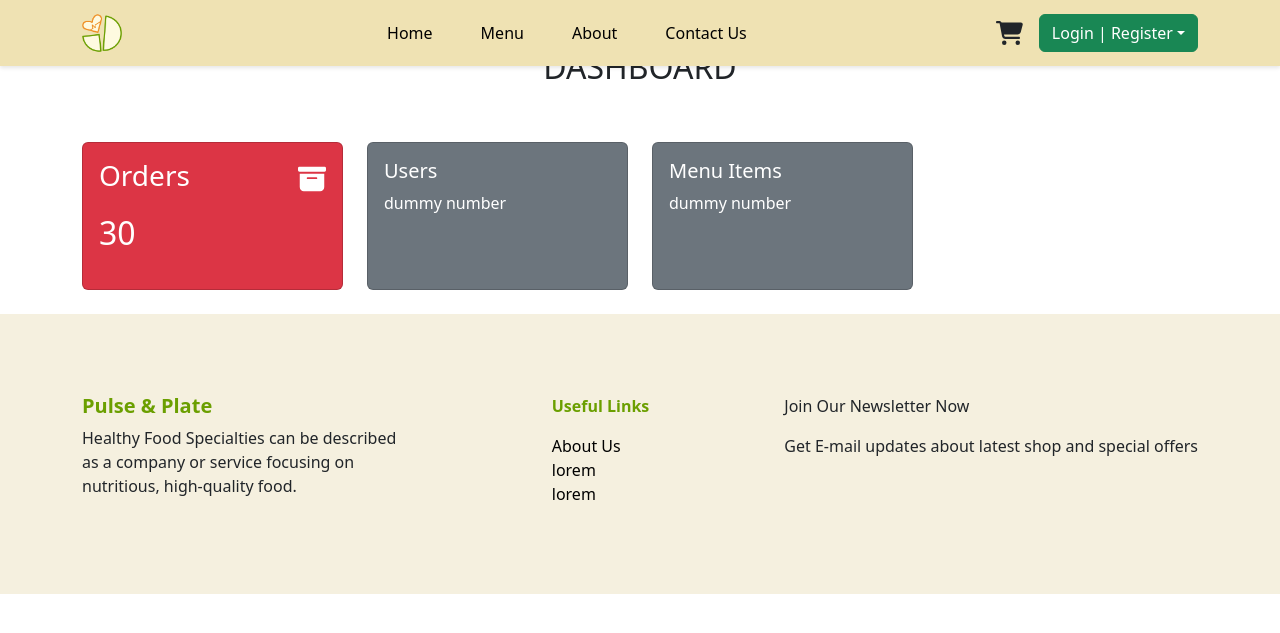
Repository: zeinawady/Pulse-and-Plate
Page: /dashboard
These files come from the project's save history. The page is drawn as it stood at one moment and after a run of saves; the edit follows.
The browser window is 1280 px wide. The pictures show the whole page.
The project was rebuilt for these pictures with package versions that can differ from the ones it lists, and the page was loaded fresh each time. Also part of the build but not shown: src/components/Main/Main.css, src/components/Main/Main.js, src/components/Menu/MealCard.css, src/components/Menu/MealCard.js, src/components/Menu/Categories.css, src/components/Menu/Categories.js, src/components/Menu/Menu.css, src/components/Menu/Menu.js and 21 more.

Above is the page before, as saved 2025-05-15 18:54:27.

### public/index.html
<!DOCTYPE html>
<html lang="en">
  <head>
    <meta charset="utf-8" />
    <link rel="icon" href="%PUBLIC_URL%/images/logo-trans.png" />
    <meta name="viewport" content="width=device-width, initial-scale=1" />
    <meta name="theme-color" content="#000000" />
    <meta
      name="description"
      content="Web site created using create-react-app"
    />
    <link rel="apple-touch-icon" href="%PUBLIC_URL%/images/logo-trans.png" />
    <!--
      manifest.json provides metadata used when your web app is installed on a
      user's mobile device or desktop. See https://developers.google.com/web/fundamentals/web-app-manifest/
    -->
    <link rel="manifest" href="%PUBLIC_URL%/manifest.json" />
    <!--
      Notice the use of %PUBLIC_URL% in the tags above.
      It will be replaced with the URL of the `public` folder during the build.
      Only files inside the `public` folder can be referenced from the HTML.

      Unlike "/favicon.ico" or "favicon.ico", "%PUBLIC_URL%/favicon.ico" will
      work correctly both with client-side routing and a non-root public URL.
      Learn how to configure a non-root public URL by running `npm run build`.
    -->
    <title>Pulse And Plate</title>
  </head>
  <body>
    <noscript>You need to enable JavaScript to run this app.</noscript>
    <div id="root"></div>
    <!--
      This HTML file is a template.
      If you open it directly in the browser, you will see an empty page.

      You can add webfonts, meta tags, or analytics to this file.
      The build step will place the bundled scripts into the <body> tag.

      To begin the development, run `npm start` or `yarn start`.
      To create a production bundle, use `npm run build` or `yarn build`.
    -->
  </body>
</html>

### src/index.js
import React from 'react';
import ReactDOM from 'react-dom/client';
import './index.css';
import App from './App';
import reportWebVitals from './reportWebVitals';
import 'bootstrap/dist/css/bootstrap.min.css';
import '@fortawesome/fontawesome-free/css/all.min.css';
import 'bootstrap/dist/css/bootstrap.min.css';
import './fontAwesome';
import { BrowserRouter } from 'react-router-dom';

const root = ReactDOM.createRoot(document.getElementById('root'));
root.render(
  <React.StrictMode>
    <BrowserRouter>
      <App />
    </BrowserRouter>
  </React.StrictMode>
);

// If you want to start measuring performance in your app, pass a function
// to log results (for example: reportWebVitals(console.log))
// or send to an analytics endpoint. Learn more: https://bit.ly/CRA-vitals
reportWebVitals();

### src/App.js
import React from "react";
import "./App.css";
import Home from "./components/Home/Home";
import Footer from "./components/Footer/Footer";
import { Routes, Route } from "react-router-dom";

import Header from "./components/Header/Header";
import About from "./components/About/About";
import Menu from "./components/Menu/Menu";
import ContactUs from "./components/ContactUs/ContactUs";
import Login from "./components/Login/Login";
import SignUp from "./components/SignUp/SignUp";
import UserProfile from "./components/UserProfile/UserProfile";
import { UserProvider } from "./UserContext";
import ProductInfo from "./components/ProductInfo/ProductInfo";
import PaymentPage from "./components/PaymentPage/PaymentPage";
import AdminProfile from "./components/AdminProfile/AdminProfile";
import Dashboard from "./components/Dashboard/Dashboard";

function App() {
  return (
    <UserProvider>
      <div>
        <Header />
        <Routes>
          <Route path="/" element={<Home />} />
          <Route path="/home" element={<Home />} />
          <Route path="/about" element={<About />} />
          <Route path="/menu" element={<Menu />} />
          <Route path="/category" element={<Menu />} />
          <Route path="/login" element={<Login />} />
          <Route path="/register" element={<SignUp />} />
          <Route path="/userAccount" element={<UserProfile />} />
          <Route path="/contactus" element={<ContactUs />} />
          <Route path="/product-info" element={<ProductInfo />} />
          <Route path="/PaymentPage" element={<PaymentPage />} />
          <Route path="/admin-profile" element={<AdminProfile />} />
          <Route path="/dashboard" element={<Dashboard />} />
        </Routes>

        <Footer />
      </div>
    </UserProvider>
  );
}

export default App;

### src/fontAwesome.js
// src/fontAwesome.js
import { library } from '@fortawesome/fontawesome-svg-core';
import {
    faUser,
    faCartShopping,
    faHome,
    faEnvelope,
    faSearch,
    faConciergeBell,
     faPercent,
     faTruckFast,
     faCarrot,
    // Add any other icons you need here
} from '@fortawesome/free-solid-svg-icons';

// Add icons to the library
library.add(
    faUser,
    faCartShopping,
    faHome,
    faEnvelope,
    faSearch,
    faConciergeBell,
    faPercent,
    faTruckFast,
    faCarrot,

    // Add any other icons you need here
);

### src/App.css
@font-face {
  font-family: "Lato";
  src: url("../public/Fonts/Lato/Lato-Black.ttf") format("truetype");
}

:root {
  --primary-color: #6b9f00;
  --secondary-color: #ef9025;
  --light-color: hsl(47, 66%, 82%);
  --text-color: #000000;
  --font-family: "Lato", sans-serif;
  --sections-padding: 5rem;
}

body {
  margin: 0;
  padding: 0;
  border: none !important;
  outline: none !important;
  font-family: var(--font-family);
  font-weight: 500;
  -webkit-font-smoothing: antialiased;
  -moz-osx-font-smoothing: grayscale;
  background-color: #eee;

}
a{
  text-decoration: none;
}

### src/components/Footer/Footer.js
import "../../App";

import "./Footer.css";
import { Container } from "react-bootstrap";
import Button from "react-bootstrap/Button";
import { FontAwesomeIcon } from "@fortawesome/react-fontawesome";


export default function Footer() {
    return (
        <footer>
            <Container fluid="md">
            <div className="wrapper-footer">
                <div className="info">
                    <h5>Pulse & Plate</h5>
                    <p>Healthy Food Specialties can be described as a company or service focusing on nutritious, high-quality food. </p>
                </div>
                <div className="links">
                    <p >Useful Links</p>
                    <a href="#">About Us</a>
                    <a href="#">lorem</a>
                    <a href="#">lorem</a>
                </div>
                <div>
                    <p>Join Our Newsletter Now </p>
                    <p>Get E-mail updates about latest shop and special offers </p>
                </div>
            </div>
            </Container>
        </footer>
    );
}

### src/components/Header/Header.js
import React from 'react';
import './Header.css';
import '../../App';
import { Link, NavLink, useNavigate } from 'react-router-dom';
import { useUser } from "../../UserContext";

// React Bootstrap
import Container from 'react-bootstrap/Container';
import Nav from 'react-bootstrap/Nav';
import Navbar from 'react-bootstrap/Navbar';
import Dropdown from 'react-bootstrap/Dropdown';

// Font Awesome
import { FontAwesomeIcon } from '@fortawesome/react-fontawesome';
import { faCartShopping } from '@fortawesome/free-solid-svg-icons';

export default function Header() {
    const { user, setUser } = useUser();
    const navigate = useNavigate();

    const handleLogout = () => {
        navigate('/login');
        localStorage.removeItem("user");
        localStorage.removeItem("token");
        setUser(null);
    };

    return (
        <Navbar expand="md" className="fixed-top">
            <Container fluid="md">
                <Navbar.Brand as={Link} to="/home">
                    <img
                        src="/images/logo-trans.png"
                        width="40"
                        height="40"
                        className="d-inline-block align-top"
                        alt="React Bootstrap logo"
                    />
                </Navbar.Brand>

                <Navbar.Toggle aria-controls="basic-navbar-nav" />
                <Navbar.Collapse id="basic-navbar-nav">
                    <Nav className="me-auto ms-auto">
                        <Nav.Link as={NavLink} to="/home">Home</Nav.Link>
                        <Nav.Link as={NavLink} to="/menu">Menu</Nav.Link>
                        <Nav.Link as={NavLink} to="/about">About</Nav.Link>
                        <Nav.Link as={NavLink} to="/contactus">Contact Us</Nav.Link>
                    </Nav>

                    <div className="icons d-flex align-items-center gap-3">
                        <FontAwesomeIcon icon={faCartShopping} size="lg" />

                        <Dropdown align="end">
                            <Dropdown.Toggle variant="success" id="dropdown-user">
                                {user?.name ? user.name.split(" ")[0] : "Login | Register"}
                            </Dropdown.Toggle>

                            <Dropdown.Menu>
                                {user?.name ? (
                                    <>
                                        <Dropdown.Item as={Link} to="/userAccount">Profile</Dropdown.Item>
                                        <Dropdown.Item onClick={handleLogout}>Logout</Dropdown.Item>
                                    </>
                                ) : (
                                    <>
                                        <Dropdown.Item as={Link} to="/login">Login</Dropdown.Item>
                                        <Dropdown.Item as={Link} to="/register">Register</Dropdown.Item>
                                    </>
                                )}
                            </Dropdown.Menu>
                        </Dropdown>
                    </div>
                </Navbar.Collapse>
            </Container>
        </Navbar>
    );
}

### src/UserContext.jsx
import { createContext, useContext, useState } from 'react';

const UserContext = createContext();

export function UserProvider({ children }) {
  const [user, setUser] = useState(() => {
    const stored = localStorage.getItem('user');
    return stored ? JSON.parse(stored) : null;
  });

  const updateUser = (updatedUser) => {
    localStorage.setItem('user', JSON.stringify(updatedUser));
    setUser(updatedUser);
  };

  return (
    <UserContext.Provider value={{ user, setUser: updateUser }}>
      {children}
    </UserContext.Provider>
  );
}

export function useUser() {
    return useContext(UserContext);
}

### src/components/Dashboard/Dashboard.js
import React from "react";
import "../../App";
import "./Dashboard.css";
import { BsFillArchiveFill } from "react-icons/bs";
export default function Dashboard() {
  return (
    <div className="main-container container">
      <h2 className="text-center p-5">DASHBOARD</h2>

      <div className="row mb-4">

        <div className="col-md-3 col-sm-6">
          <div className="card text-white bg-danger h-100">
            <div className="card-body">
              <div className="card-inner">
                <div className="card-title d-flex justify-content-between">
                  <h3>Orders</h3>
                  <h3 className="card_icon ">
                    <BsFillArchiveFill />
                  </h3>
                </div>
                  <p className="fs-2">30</p>
              </div>
            </div>
          </div>
        </div>
        <div className="col-md-3 col-sm-6">
          <div className="card text-white bg-secondary h-100">
            <div className="card-body">
              <h5 className="card-title">Users</h5>
              <p className="card-text">dummy number</p>
            </div>
          </div>
        </div>

        <div className="col-md-3 col-sm-6">
          <div className="card text-white bg-secondary h-100">
            <div className="card-body">
              <h5 className="card-title">Menu Items</h5>
              <p className="card-text">dummy number</p>
            </div>
          </div>
        </div>
      </div>
    </div>
  );
}

### src/components/Footer/Footer.css
footer{
    background-color: hsla(47, 53%, 90%, 0.822);
    padding-block-start: var(--sections-padding);
    padding-block-end: var(--sections-padding);
}
.wrapper-footer{
    display: flex;
    justify-content: space-between;

}
.wrapper-footer .info{
  width: 30%;

}
.wrapper-footer .info h5{
    color: var(--primary-color);
    font-weight: 700;
}
.links>p:first-child{
font-weight: 700;
color: var(--primary-color);

}
.links{
    display: flex;
    flex-direction: column;
}
.links a{
    text-decoration: none;
    color: var(--text-color);
}
@media (max-width: 767px) {
    .wrapper-footer{
       flex-direction: column;
    }
    .wrapper-footer .info{
        width: 100%;
      }

}

### src/components/Header/Header.css
.navbar {
    box-shadow: 0 2px 4px rgba(0, 0, 0, 0.1);
    /* background-color: rgba(254, 250, 225, 0.3);
     */
     background-color: var(--light-color);
     z-index: 100;
}

.navbar-nav .nav-link,
.dropdown-menu .dropdown-item {
    color: var(--text-color);
}


/* * --> all children */
.navbar .nav-link {
    padding: 0 1.5rem !important;
    text-align: center;
}

@media (max-width: 767px) {
    .navbar .nav-link {
        padding: 0.5rem 0 !important;
    }

    .icons>svg {
        padding-top: 0.5rem;
        margin: auto;
        font-size: 1.25rem;
    }
}

.icons {
    display: flex;
    gap: 1.5rem;
}

.icons svg {
    font-size: 1.5rem;
}

.navbar-toggler {
    border: none !important;
}

.navbar-toggler:focus {
    box-shadow: none !important;
}

@media (max-width: 767px) {

    /* .navbar .dropdown-menu {
                position: absolute !important;
                top: 80% !important;
                left: 35% !important;
                background-color: var(--light-color);
                right: 0;
                width: 100%;
                z-index: 1050;
            } */
    .navbar-nav {
        .dropdown-menu {
            width: 50%;
            margin: auto;
            text-align: center;
        }

        /* .dropdown-menu[data-bs-popper] {
            top: 100%;
            left: 50%;
            transform: translateX(-50%);
        } */

        /* .nav-item,
        .nav-link {
            text-align: center;
        } */
    }
}

@media (max-width: 441px) {
    .navbar-nav {
        .dropdown-menu {
            width: 35%;
        }
    }
}

### src/components/PaymentPage/PaymentPage.css
:root {
    --primary-color: #6b9f00;
    --secondary-color: #ef9025;
    --light-color: #efe2b3;
    --secondary-light-color: #FDFAE0;
    --text-color: #000000;
    --font-family: "Lato", sans-serif;
    --sections-padding: 5rem;
    --section-margin: 60px;
    /* This variable can be used or adjusted for header height */
}

body {
    margin: 0;
    padding: 0;
    border: none !important;
    outline: none !important;
    font-family: var(--font-family);
    font-weight: 500;
    -webkit-font-smoothing: antialiased;
    -moz-osx-font-smoothing: grayscale;
    background-color: #eee;
    color: var(--text-color);
}

.payment-page a {
    text-decoration: none;
    color: var(--primary-color);
}


/* Main container */
.payment-page.container {
    max-width: 960px;
    margin: 100px;
    padding: var(--sections-padding) 30px;
    background-color: var(--secondary-light-color);
    border-radius: 10px;
    box-shadow: 0 4px 15px rgba(107, 159, 0, 0.3);

}

/* Card style */
.payment-page .card {
    background: var(--light-color);
    border-radius: 12px;
    box-shadow: 0 6px 20px rgba(0, 0, 0, 0.1);
    padding: 30px;
    margin-bottom: 30px;
}

/* Card header */
.payment-page .card-header {
    font-weight: 700;
    font-size: 1.5rem;
    color: var(--primary-color);
    border-bottom: 3px solid var(--secondary-color);
    padding-bottom: 15px;
    margin-bottom: 25px;
}

/* Order Summary Items */
.payment-page .card-body>div.d-flex {
    font-size: 1.1rem;
    justify-content: space-between;
    padding: 8px 0;
    border-bottom: 1px solid var(--secondary-light-color);
}

.payment-page .card-body>hr+div {
    font-weight: 700;
    font-size: 1.25rem;
    color: var(--primary-color);
    padding-top: 10px;
}

/* Form headings */
.payment-page h4,
.payment-page h5 {
    color: var(--primary-color);
    margin-bottom: 20px;
    font-weight: 700;
}

/* Form labels */
.payment-page .form-label {
    font-weight: 600;
    color: var(--text-color);
}

/* Input fields */
.payment-page .form-control {
    border-radius: 8px;
    border: 2px solid var(--primary-color);
    padding: 10px 15px;
    font-family: var(--font-family);
    font-weight: 500;
    font-size: 1rem;
    transition: border-color 0.3s ease;
    color: var(--text-color);
    background-color: #fff;
}

.payment-page .form-control:focus {
    border-color: var(--secondary-color) !important;
    box-shadow: 0 0 8px var(--secondary-color) !important;
    outline: none;
}

/* Validation feedback */
.payment-page .is-invalid {
    border-color: #dc3545 !important;
}

.payment-page .is-invalid:focus {
    box-shadow: 0 0 8px rgba(220, 53, 69, 0.5);
}

.payment-page .invalid-feedback {
    font-size: 0.9rem;
    color: #dc3545;
    margin-top: 6px;
}

/* Radio buttons */
.payment-page .form-check-label {
    font-size: 1rem;
    color: var(--text-color);
}


.payment-page button:hover {
    background-color: var(--secondary-color);
}

/* Submit button - This existing style will override the general button style for submit buttons where properties differ */
.payment-page button[type="submit"] {
    background-color: var(--primary-color);
    /* This is fine, can be more specific if needed */
    border: none;
    color: white;
    font-weight: 700;
    /* Specific to submit */
    padding: 14px 32px;
    /* Specific to submit */
    border-radius: 8px;
    cursor: pointer;
    font-size: 1.1rem;
    /* Specific to submit */
    transition: background-color 0.3s ease;
    box-shadow: 0 5px 15px rgba(107, 159, 0, 0.2);
    /* Specific to submit */
}

.payment-page button[type="submit"]:hover {
    background-color: var(--secondary-color);
    box-shadow: 0 6px 20px rgba(239, 144, 37, 0.3);
    /* Specific to submit */
}

/* Responsive */
@media (max-width: 768px) {
    .payment-page.container {
        padding: 3rem 15px;
        margin-top: 60px;
        /* Adjusted margin for smaller screens if header is smaller or fixed differently */
    }

        .payment-page .row>div {
        margin-bottom: 25px;
    }
}

Loaded but not shown: src/index.css (common file); src/reportWebVitals.js (common file)

After the next 6 saves:
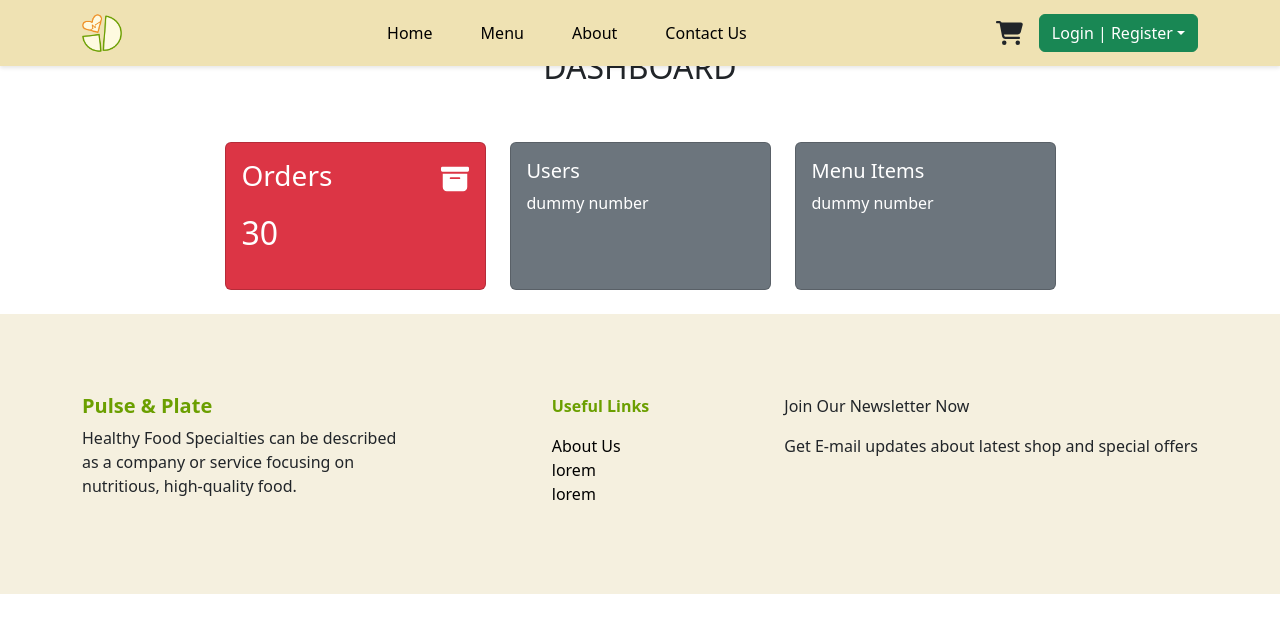
The 6 saves are shown as one change because they came seconds apart.
The last was saved 20 s later.
--- a/src/components/Dashboard/Dashboard.js
+++ b/src/components/Dashboard/Dashboard.js
@@ -7,7 +7,7 @@
     <div className="main-container container">
       <h2 className="text-center p-5">DASHBOARD</h2>
 
-      <div className="row mb-4">
+      <div className="row mb-4 justify-content-center">
 
         <div className="col-md-3 col-sm-6">
           <div className="card text-white bg-danger h-100">

After the 2 saves that followed:
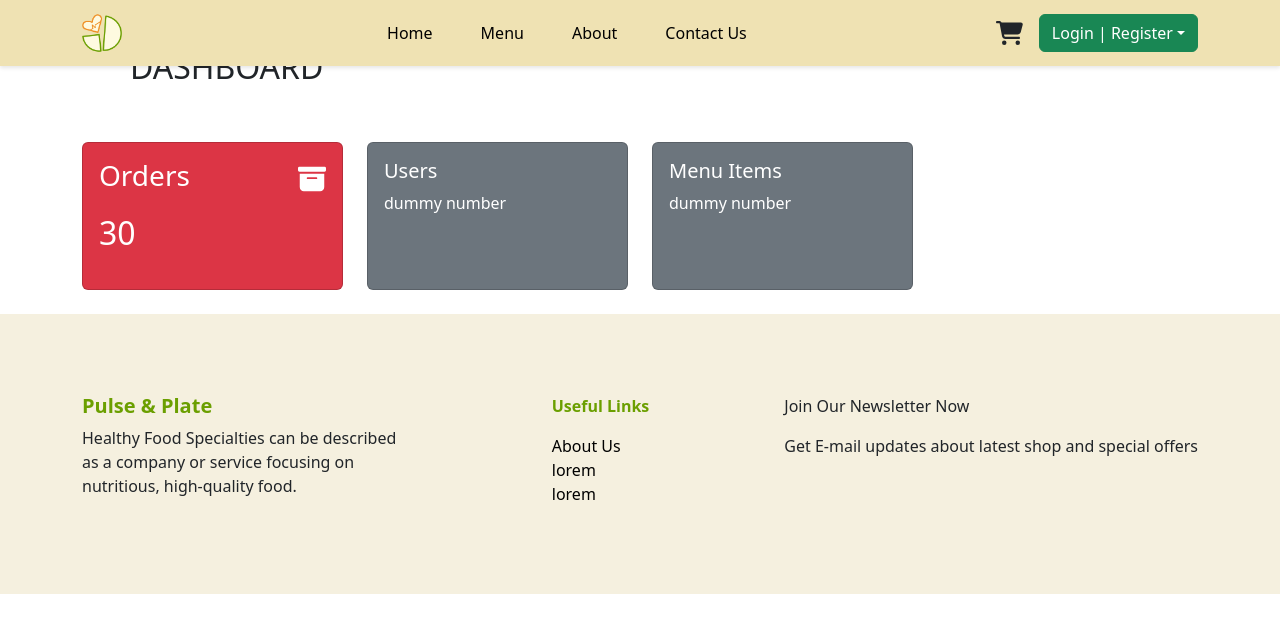
The 2 saves are shown as one change because they came seconds apart.
The last was saved 29 s later.
--- a/src/components/Dashboard/Dashboard.js
+++ b/src/components/Dashboard/Dashboard.js
@@ -5,9 +5,9 @@
 export default function Dashboard() {
   return (
     <div className="main-container container">
-      <h2 className="text-center p-5">DASHBOARD</h2>
+      <h2 className="p-5">DASHBOARD</h2>
 
-      <div className="row mb-4 justify-content-center">
+      <div className="row mb-4 ">
 
         <div className="col-md-3 col-sm-6">
           <div className="card text-white bg-danger h-100">
